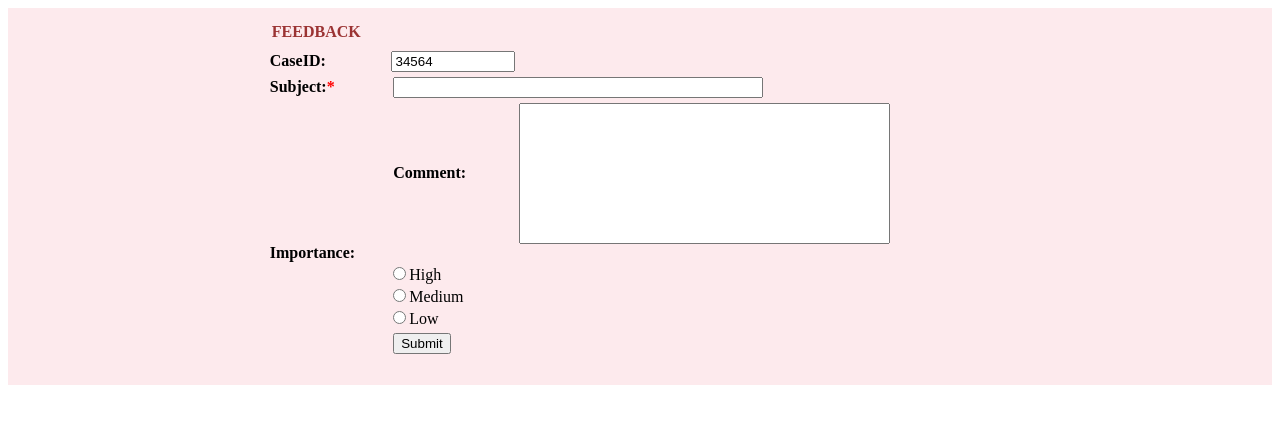
Repository: vRia4/INST728J-Victoria-Nathaniel
Page: Assignments/feedback.html
These files come from the project's save history. The page is drawn as it stood at one moment and after a run of saves; the edit follows.
The browser window is 1280 px wide. The pictures show the whole page.

Above is the page before, as saved 2023-07-25 12:00:29.

After the next 2 saves:
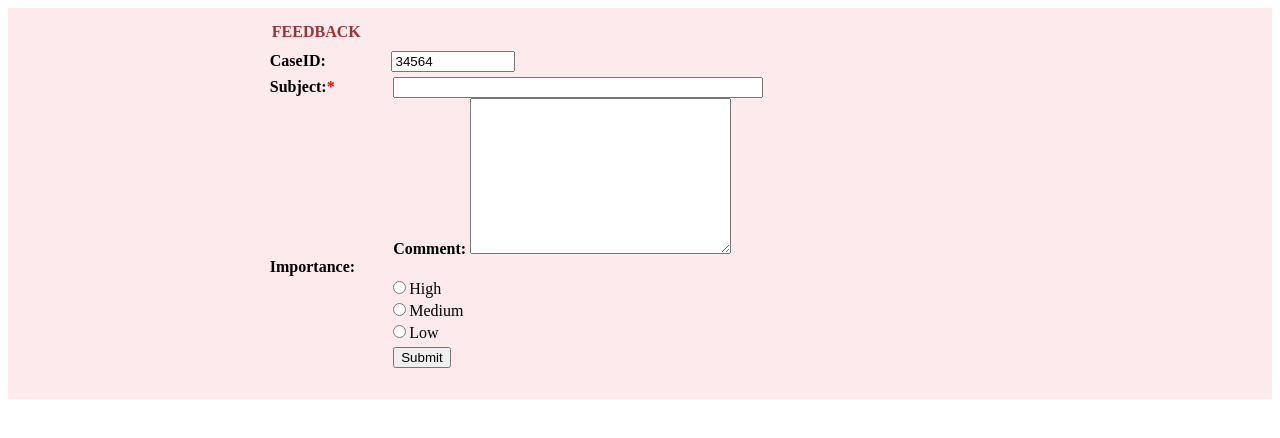
The 2 saves are shown as one change because they came seconds apart.
The last was saved 17 s later.
--- a/Assignments/feedback.html
+++ b/Assignments/feedback.html
@@ -68,8 +68,8 @@
 
             <!-- <div> -->
                 <label for="comment">Comment:</label>
-                <input type="comment" placeholder=" " > </br>
-                <!-- <textarea id="comment" name="comment" rows="10" cols="30"></textarea> </br> -->
+                <!-- <input type="comment" placeholder=" " > </br>  -->
+                <textarea id="comment" name="comment" rows="10" cols="30"></textarea> </br>
             <!-- </div> -->
 
             <label for="importance"> Importance:</label><br>
